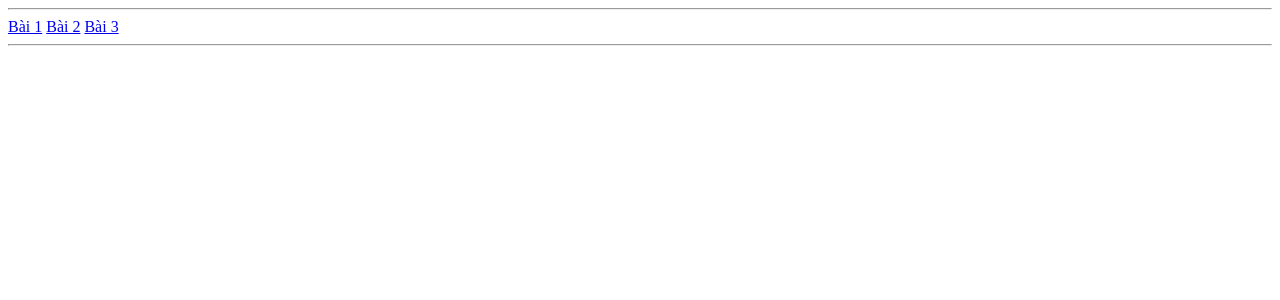
Repository: anhb287/Lab1_8_JAV101
Page: http://localhost/Lab1_TV00062/
An editor plug-in stored every save of this project. The page is shown before and after the next save, followed by the edit.
The browser window is 1280 px wide. The pictures show the whole page.
The page is served by Tomcat 10.

Above is the page before, as saved 2025-11-07 07:27:57.

After the next save:
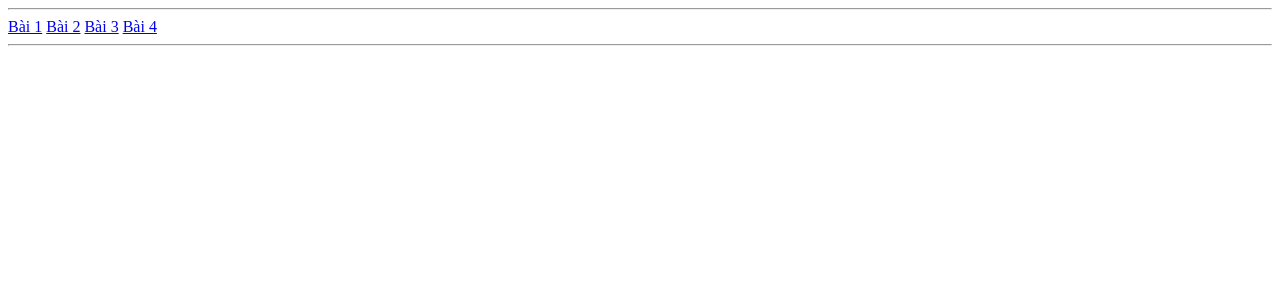
Saved 44 s later.
--- a/Lab1_TV00062/src/main/webapp/menu.jsp
+++ b/Lab1_TV00062/src/main/webapp/menu.jsp
@@ -12,6 +12,7 @@
 	<a href="bai1">Bài 1</a>
 	<a href="bai2">Bài 2</a>
 	<a href="bai3">Bài 3</a>
+	<a href="bai4">Bài 4</a>
 	<hr/>
 </body>
 </html>
